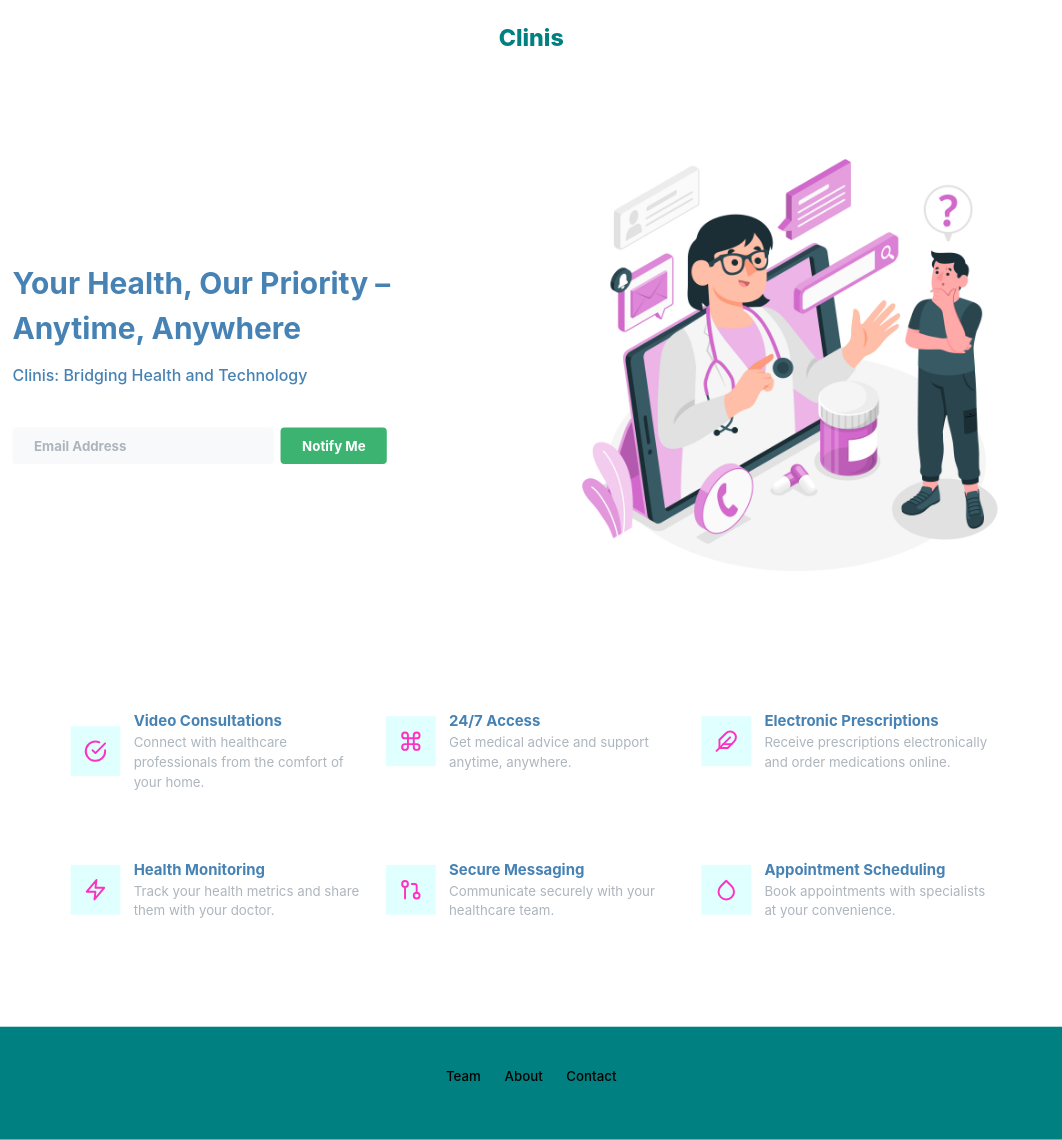
Repository: Rupak09/demo1
Page: index.html
An editor plug-in stored every save of this project. The page is shown before and after the next save, followed by the edit.
The browser window is 1280 px wide. The pictures show the whole page, at 83% of full size.
Some web fonts or font styles are not loaded; a fallback is used. Some web libraries are served in a nearby version.

Above is the page before, as saved 2024-12-28 14:26:45.

### index.html
<!doctype html>
<html lang="en">
<head>
    <!-- Required meta tags -->
    <meta charset="utf-8">
    <meta name="viewport" content="width=device-width, initial-scale=1, shrink-to-fit=no">
    <title>Clinis</title>
    <meta name="description" content="Clinis - People's most recommended telemedicine app."/>

    <!-- Google font -->
    <link href="https://fonts.googleapis.com/css?family=K2D:300,400,500,700,800" rel="stylesheet">

    <!-- Bootstrap CSS / Color Scheme -->
    <link rel="stylesheet" href="css/bootstrap.css">
    <style>
        body {
            background-color: #ffffff; /* Alice Blue */
            color: #2f4f4f; /* Dark Slate Gray */
        }
        .heading-brand {
            color: #008080; /* Teal */
        }
        h1, .lead, .title {
            color: #4682b4; /* Steel Blue */
        }
        .btn-primary {
            background-color: #3cb371; /* Medium Sea Green */
            border-color: #3cb371;
        }
        .btn-primary:hover {
            background-color: #2e8b57; /* Sea Green */
            border-color: #2e8b57;
        }
        .icon-box-inner {
            background-color: #e0ffff; /* Light Cyan */
        }
        .icon-box-inner span {
            color: #20b2aa; /* Light Sea Green */
        }
        footer {
            background-color: #008080; /* Teal */
            color: #ffffff; /* White */
        }
        a {
            color: #008b8b; /* Dark Cyan */
        }
        a:hover {
            color: #20b2aa; /* Light Sea Green */
        }
        @media (max-width: 768px) {
            h1 {
                font-size: 1.8rem;
            }
            .lead {
                font-size: 1rem;
            }
            .form-inline {
                flex-direction: column;
            }
            .form-inline .form-group, .form-inline .btn-primary {
                width: 100%;
                margin-bottom: 0.5rem;
            }
        }
    </style>
</head>
<body>

<!-- Header Section -->
<section class="pt-4 pb-5">
    <div class="container-fluid">
        <div class="row">
            <div class="col-12 text-center">
                <div class="heading-brand">Clinis</div>
            </div>
        </div>
        <div class="row mt-6">
            <div class="col-md-6 order-2 order-md-1 my-auto">
                <h1>Your Health, Our Priority – Anytime, Anywhere</h1>
                <p class="lead mb-5">
                    Clinis: Bridging Health and Technology
                </p>
                <form class="form-inline">
                    <div class="form-group mr-md-2 mb-2 mb-md-0">
                        <label for="email" class="sr-only">Email</label>
                        <input type="email" class="form-control" id="email" placeholder="Email Address">
                    </div>
                    <button type="submit" class="btn btn-primary">Notify Me</button>
                </form>
            </div>
            <div class="col-md-6 order-1 order-md-2">
                <img alt="Mockup" class="img-fluid mx-auto d-block" src="img/mockup.jpg" style="max-width: 90%;">
            </div>
        </div>
    </div>
</section>

<!-- Features Section -->
<section class="py-5">
    <div class="container">
        <div class="row feature-grid">
            <div class="col-md-4 col-sm-6">
                <div class="media">
                    <div class="icon-box">
                        <div class="icon-box-inner">
                            <span data-feather="check-circle" width="28" height="28"></span>
                        </div>
                    </div>
                    <div class="media-body">
                        <div class="title">Video Consultations</div>
                        <div class="sub-title">Connect with healthcare professionals from the comfort of your home.</div>
                    </div>
                </div>
            </div>
            <div class="col-md-4 col-sm-6">
                <div class="media">
                    <div class="icon-box">
                        <div class="icon-box-inner">
                            <span data-feather="command" width="28" height="28"></span>
                        </div>
                    </div>
                    <div class="media-body">
                        <div class="title">24/7 Access</div>
                        <div class="sub-title">Get medical advice and support anytime, anywhere.</div>
                    </div>
                </div>
            </div>
            <div class="col-md-4 col-sm-6">
                <div class="media">
                    <div class="icon-box">
                        <div class="icon-box-inner">
                            <span data-feather="feather" width="28" height="28"></span>
                        </div>
                    </div>
                    <div class="media-body">
                        <div class="title">Electronic Prescriptions</div>
                        <div class="sub-title">Receive prescriptions electronically and order medications online.</div>
                    </div>
                </div>
            </div>
            <div class="col-md-4 col-sm-6">
                <div class="media">
                    <div class="icon-box">
                        <div class="icon-box-inner">
                            <span data-feather="zap" width="28" height="28"></span>
                        </div>
                    </div>
                    <div class="media-body">
                        <div class="title">Health Monitoring</div>
                        <div class="sub-title">Track your health metrics and share them with your doctor.</div>
                    </div>
                </div>
            </div>
            <div class="col-md-4 col-sm-6">
                <div class="media">
                    <div class="icon-box">
                        <div class="icon-box-inner">
                            <span data-feather="git-pull-request" width="28" height="28"></span>
                        </div>
                    </div>
                    <div class="media-body">
                        <div class="title">Secure Messaging</div>
                        <div class="sub-title">Communicate securely with your healthcare team.</div>
                    </div>
                </div>
            </div>
            <div class="col-md-4 col-sm-6">
                <div class="media">
                    <div class="icon-box">
                        <div class="icon-box-inner">
                            <span data-feather="droplet" width="28" height="28"></span>
                        </div>
                    </div>
                    <div class="media-body">
                        <div class="title">Appointment Scheduling</div>
                        <div class="sub-title">Book appointments with specialists at your convenience.</div>
                    </div>
                </div>
            </div>
        </div>
    </div>
</section>

<!-- Footer -->
<footer class="py-5">
    <div class="container">
        <div class="row">
            <div class="col-12 text-center">
                <ul class="list-inline">
                    <li class="list-inline-item"><a href="#">Team</a></li>
                    <li class="list-inline-item"><a href="#">About</a></li>
                    <li class="list-inline-item"><a href="#">Contact</a></li>
                </ul>
            </div>
        </div>
    </div>
</footer>

<!-- jQuery first, then Popper.js, then Bootstrap JS -->
<script src="https://code.jquery.com/jquery-3.2.1.min.js"></script>
<script src="https://cdnjs.cloudflare.com/ajax/libs/feather-icons/4.7.3/feather.min.js"></script>
<script src="js/scripts.js"></script>
</body>
</html>

Loaded but not shown: css/bootstrap.css (library); js/scripts.js (common file)

After the next save:
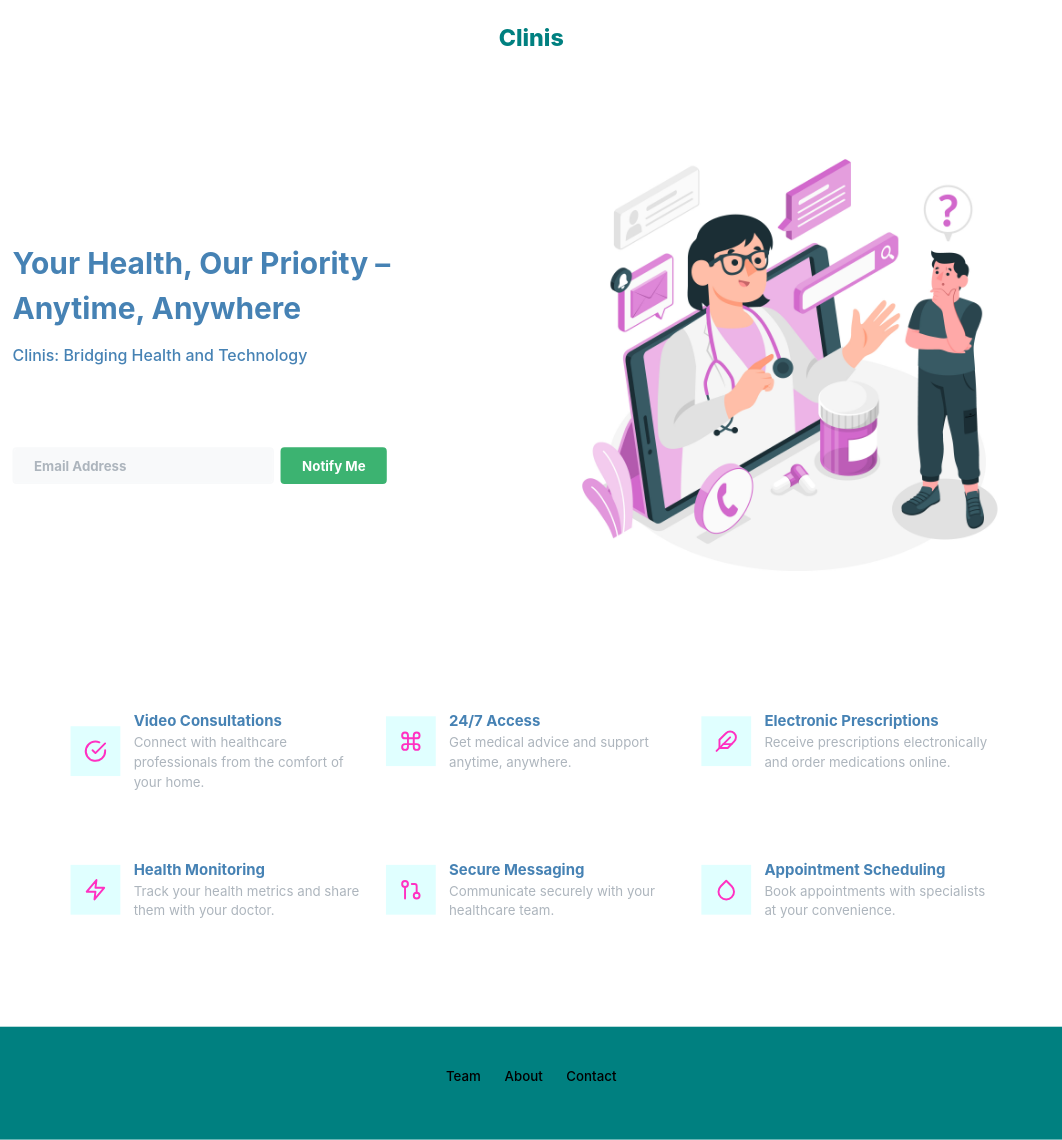
Saved 58 s later.
--- a/index.html
+++ b/index.html
@@ -77,7 +77,7 @@
         <div class="row mt-6">
             <div class="col-md-6 order-2 order-md-1 my-auto">
                 <h1>Your Health, Our Priority – Anytime, Anywhere</h1>
-                <p class="lead mb-5">
+                <p class="lead mb-6">
                     Clinis: Bridging Health and Technology
                 </p>
                 <form class="form-inline">

After the save that followed:
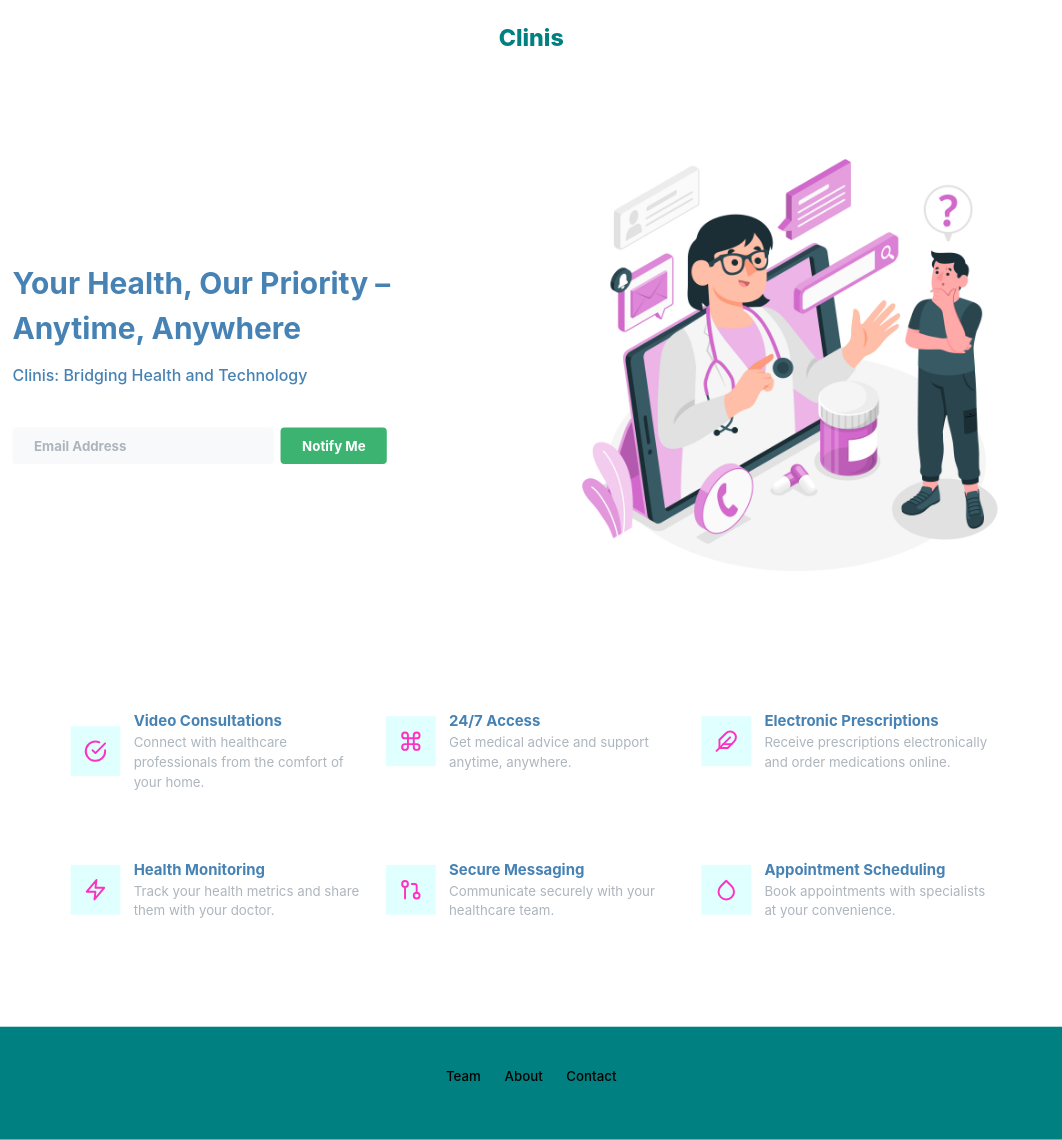
Saved 7 s later.
--- a/index.html
+++ b/index.html
@@ -77,7 +77,7 @@
         <div class="row mt-6">
             <div class="col-md-6 order-2 order-md-1 my-auto">
                 <h1>Your Health, Our Priority – Anytime, Anywhere</h1>
-                <p class="lead mb-6">
+                <p class="lead mb-5">
                     Clinis: Bridging Health and Technology
                 </p>
                 <form class="form-inline">
